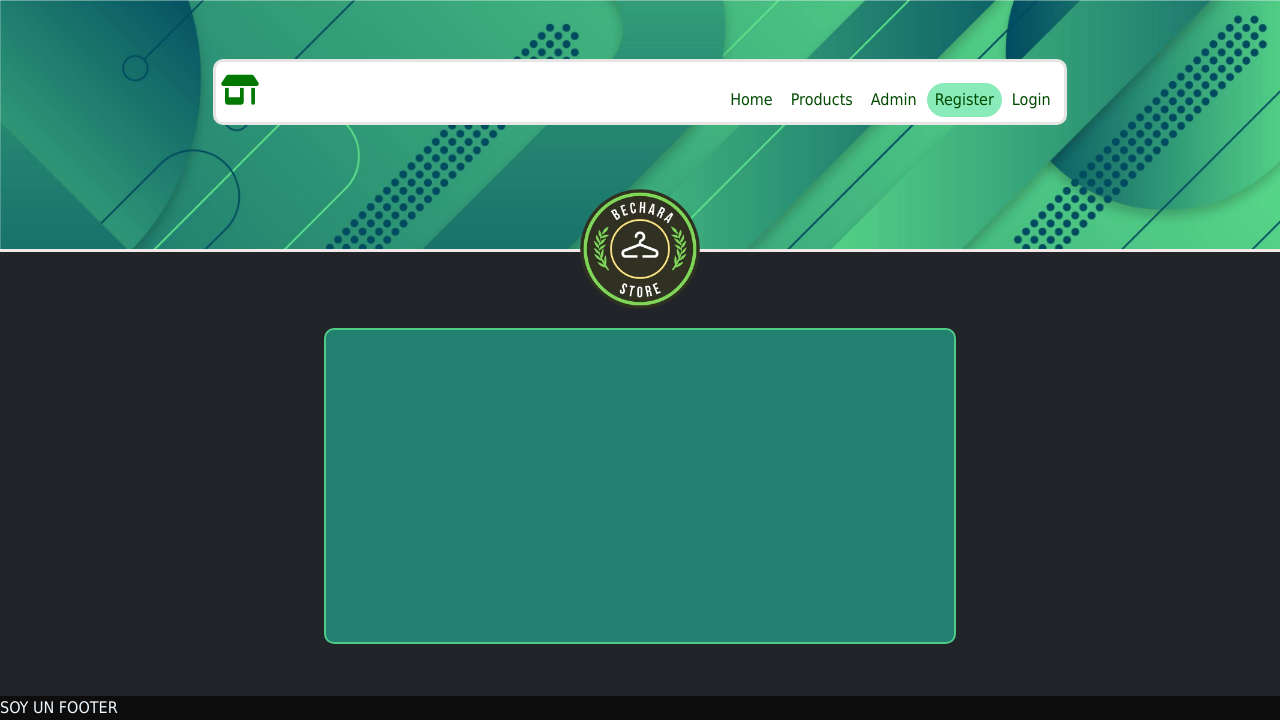
Repository: bechara611/becharastore
Page: /Register
The author's editor kept a copy of each file at every save. The page is drawn from the files as they stood at one save, then again after the next save.
The browser window is 1280 px wide. The pictures show the whole page.
The project was rebuilt for these pictures with package versions that can differ from the ones it lists, and the page was loaded fresh each time. Also part of the build but not shown: src/Auth/components/Login.jsx.

Above is the page before, as saved 2023-01-27 15:52:31.

### public/index.html
<!DOCTYPE html>
<html lang="en">
  <head>
    <meta charset="utf-8" />
    <link rel="icon" href="%PUBLIC_URL%/favicon.ico" />
    <meta name="viewport" content="width=device-width, initial-scale=1" />
    <meta name="theme-color" content="#000000" />
    <meta
      name="description"
      content="Web site created using create-react-app"
    />
    <link rel="apple-touch-icon" href="%PUBLIC_URL%/logo192.png" />
    <link rel="preconnect" href="https://fonts.googleapis.com">
    <link rel="stylesheet" href="https://cdnjs.cloudflare.com/ajax/libs/font-awesome/6.2.1/css/all.min.css" integrity="sha512-MV7K8+y+gLIBoVD59lQIYicR65iaqukzvf/nwasF0nqhPay5w/9lJmVM2hMDcnK1OnMGCdVK+iQrJ7lzPJQd1w==" crossorigin="anonymous" referrerpolicy="no-referrer" />
<link rel="preconnect" href="https://fonts.gstatic.com" crossorigin>
<link rel="preconnect" href="https://fonts.googleapis.com">
<link rel="preconnect" href="https://fonts.gstatic.com" crossorigin>
<link href="https://fonts.googleapis.com/css2?family=Montserrat:ital,wght@0,100;0,200;0,300;0,400;0,500;0,600;0,700;0,800;0,900;1,100;1,200;1,300;1,500;1,700;1,800;1,900&family=Shadows+Into+Light&display=swap" rel="stylesheet">
    <!--
      manifest.json provides metadata used when your web app is installed on a
      user's mobile device or desktop. See https://developers.google.com/web/fundamentals/web-app-manifest/
    -->
    <link rel="manifest" href="%PUBLIC_URL%/manifest.json" />
    <!--
      Notice the use of %PUBLIC_URL% in the tags above.
      It will be replaced with the URL of the `public` folder during the build.
      Only files inside the `public` folder can be referenced from the HTML.

      Unlike "/favicon.ico" or "favicon.ico", "%PUBLIC_URL%/favicon.ico" will
      work correctly both with client-side routing and a non-root public URL.
      Learn how to configure a non-root public URL by running `npm run build`.
    -->

<link href="https://cdn.jsdelivr.net/npm/bootstrap@5.2.3/dist/css/bootstrap.min.css" rel="stylesheet" >


  </head>
  <body>
    <noscript>You need to enable JavaScript to run this app.</noscript>
    <div id="root"></div>
    <!--
      This HTML file is a template.
      If you open it directly in the browser, you will see an empty page.

      You can add webfonts, meta tags, or analytics to this file.
      The build step will place the bundled scripts into the <body> tag.

      To begin the development, run `npm start` or `yarn start`.
      To create a production bundle, use `npm run build` or `yarn build`.
    -->
    <script src="https://cdn.jsdelivr.net/npm/bootstrap@5.2.3/dist/js/bootstrap.bundle.min.js" integrity="sha384-kenU1KFdBIe4zVF0s0G1M5b4hcpxyD9F7jL+jjXkk+Q2h455rYXK/7HAuoJl+0I4" crossorigin="anonymous"></script>
  </body>

</html>

### src/index.js
import React from 'react';
import ReactDOM from 'react-dom/client';
import './index.css';
import {App} from './App';
import { BrowserRouter } from 'react-router-dom';
import 'animate.css';

const root = ReactDOM.createRoot(document.getElementById('root'));
root.render(
    <BrowserRouter>
    <App />
    </BrowserRouter>
);

### src/index.css

:root {
    --verde1: rgb(2, 74, 2);
    --verde2:rgb(1, 120, 1);
    --verde3:rgb(23, 215, 119,.5);
    --verde4:rgba(78,202,132,255);
    --verde5:rgba(34,128,112,255);
  }


*{
    color: aliceblue;
    /* font-family: 'Montserrat', sans-serif; */
    font-family: 'Droid Sans', Tahoma, Geneva, Verdana, sans-serif;

}

.fondito{
    background: red;
}
.fondito2{
    background: purple;
}

### src/App.jsx
import React from 'react'
import { Caparazon } from './UI/Components/Caparazon'
import { ContenedorPrincipal } from './UI/Components/ContenedorPrincipal'
import { Header } from './UI/Components/Header'
import { Footer } from './UI/Components/Footer'
import { MainCuerpo } from './UI/Components/MainCuerpo'
export const App = () => {
  return (
    <>
      {/*Primero el caparazon de la pagina, que es un div que tiene un 100vh de altura, el cual en el obtiene a sus children:
    esto children son el Header ocupando el 30vh y el Contenedor Principal ocupando el 70vh restante.
  */}
      <Caparazon>
        <Header></Header>
        <ContenedorPrincipal> {/*El contenedor principal a su vez lleva sus hijos dos elementos, el footer que le pusimos absolute para ubicarlo de ultimo y el MainCuerpo que tienes las rutas */}
          <MainCuerpo></MainCuerpo>{/*Este MainCuerpo tiene las rutas de la aplicacion, es el main de la pagina y lo que va a cambiar dependiendo donde estemos */}


          <Footer></Footer>  {/*Este es el footer que utilizamos para el pie de pagina, tiene posicion absolute como dije anteriormnete */}
        </ContenedorPrincipal>


      </Caparazon>
    </>

  )
}

### src/UI/Components/Caparazon.jsx
import React from 'react'
import './Caparazon.css'
export const Caparazon = ({ children }) => {
    return (
        <>
{/*Caparazon princiapal donde el mismo tiene un flex en colum, adentro tiene sus hijos que son un div que
ocupe el 70vh donde eesta todo lo demas y el 30vh primero es del header */}
            <div className='caparazonPrincipal bg-dark'>

                {children}

            </div>
        </>
    )
}

### src/UI/Components/ContenedorPrincipal.jsx
import React from 'react'
import './ContenedorPrincipal.css'
export const ContenedorPrincipal = ({ children }) => {
  return (
    <div className='ContenedorPrincipal'>
    {/*Aca de hijos tendran las rutas para verse en el medio y el footer, este tiene un position relative para que su hijo footer pueda
  ubicarse en la parte de abajo */}
      {children}
    </div>
  )
}

### src/UI/Components/Header.jsx
import React from 'react'
import './Header.css'
import { MenuNavbar } from './MenuNavbar'
import brand from './../../img/brand2.png'


export const Header = () => {
  return (
    <>
      {/*El header ocupa el 30vh de la pagina, el primer div lo tiene, aca se incorpora el nav y el logo. */}
      <div className="header">
        <div className="col-12">


          <MenuNavbar></MenuNavbar>
          <div className="row">
            <div className="col-12 filaLogoHeader">
              <img src={brand} className='brand animate__animated animate__flip' id='brand' alt="brand" />

            </div>
          </div>

        </div>

      </div>



    </>
  )
}

### src/UI/Components/Footer.jsx
import React from 'react'
import './Footer.css'
export const Footer = () => {
  return (
    <>
    {/*Aca este footer le estamos colocando una posicion absolute y a su padre relativa para poder ubicarlo al final de su div padre */}
    <div className="footer col-12">SOY UN FOOTER</div>
    </>

  )
}

### src/UI/Components/MainCuerpo.jsx
import React from 'react'
import { RouterApp } from '../../router/Routes'
import './MainCuerpo.css'

export const MainCuerpo = () => {

  return (
    <>
    {/*Aca se guardan las rutas como tal de la aplicacion y es llamado adentro de contenedorPrincipal */}
    <RouterApp></RouterApp>
    </>
    )
}

### src/UI/Components/Caparazon.css
/*Estilos del caparazon como tal principal*/
    /*Aca colocamos que el caparazonPrincipal ocupa toda la pantalla, y una direccion en column para que el header sea de 30vh y el resto el otro div  */
.caparazonPrincipal{
    display: flex;
    flex-direction: column;
    justify-content: space-between;
    min-height: 100vh;

}

### src/UI/Components/ContenedorPrincipal.css
/*Aca al contenedor ponemos positionRelative para que el footer pueda tener una posicion absoluta y se pueda posicionar al final*/
.ContenedorPrincipal{
    min-height: 65vh;

    position: relative;
}

### src/UI/Components/Header.css
.header {
    display: flex;
    background: rgb(157, 240, 194) url("./../../img/Header2.jpg");
    background-color: rgb(18, 18, 18);
    background-repeat: no-repeat;
    background-attachment: fixed;
    background-size: cover;
    background-position: top center;
    min-height: 30%;
    height: 35vh;
    max-height: 35vh;
    width: 100%;
    min-width: 100%;
    position: relative;
    border-bottom: 3px solid rgb(244, 233, 233);
}

/*Aca estoy posicion en el medio el logo como tal del header y luego abajo le pongo una posicion absolute para moverlo*/
.filaLogoHeader {
    display: flex;
    flex-direction: row;
    justify-content: center;

}

.brand {
    width: 150px;
    height: 150px;
    max-height: 150px;
    max-width: 150px;
    min-height: 150px;
    position: absolute;
    bottom: -30%;
  z-index: 1000;

}

/*?RESPONSIVE*/


@media(max-width:500px){

    .brand {
        width: 120px;
        height:120px;
        max-height: 120px;
        max-width: 120px;
        min-height: 120px;
        position: absolute;
        bottom: 0%;

    }
}

### src/UI/Components/MenuNavbar.jsx
import React from 'react'
import { NavLink } from 'react-router-dom';
import { Animacionlogo } from '../helper/AnimacionAlLogo';
import './MenuNavbar.css'

export const MenuNavbar = () => {
    return (
        <>
            {/**Aca va el navBar de la aplicacion que tendra el menu */}
            <div className="col-12 contenedor-nav">
                <nav className="navbar navbar-expand-md  menunav col-8 ">


                  <NavLink to={'/'}> <i className="fa-solid fa-shop marca"></i></NavLink>


                    <button
                        className="navbar-toggler"
                        type="button"
                        data-bs-toggle="collapse"
                        data-bs-target="#navbarNavAltMarkup"
                        aria-controls="navbarNavAltMarkup"
                        aria-expanded="false"
                        aria-label="Show / Hide Menu"
                    >
                        <span className="navbar-toggler-icon"></span>
                    </button>
                    <div className="collapse navbar-collapse mt-3" id="navbarNavAltMarkup">
                        <div className="navbar-nav col-12  contenedor-interno-nav">
                            <NavLink className={ ({isActive}) => `nav-item nav-link  ${ isActive ? 'activeLink':'' }` } to={'/'} onClick={()=>Animacionlogo()}>
                            Home</NavLink>

                            <NavLink className={ ({isActive}) => `nav-item nav-link  ${ isActive ? 'activeLink':'' }` } to={'/Products'} onClick={()=>Animacionlogo()}>Products</NavLink>
                            <NavLink className={ ({isActive}) => `nav-item nav-link  ${ isActive ? 'activeLink':'' }` } to={'/admin'} onClick={()=>Animacionlogo()}>Admin</NavLink>
                            <NavLink className={ ({isActive}) => `nav-item nav-link  ${ isActive ? 'activeLink':'' }` } to={'/Register'} onClick={()=>Animacionlogo()}>Register</NavLink>
                            <NavLink className={ ({isActive}) => `nav-item nav-link   ${ isActive ? 'activeLink':'' }` } to={'/auth'} onClick={()=>Animacionlogo()}>Login</NavLink>
                            </div>
                    </div>
                </nav>
            </div>
        </>
    )
}

### src/UI/Components/Footer.css
.footer{
    background: rgb(13, 13, 14);
    position: absolute;
    bottom: 0%;

}

### src/router/Routes.jsx
import React from 'react'
import { Navigate, Route, Routes } from 'react-router-dom'
import { Login } from '../Auth/components/Login'
import { Register } from '../Auth/components/Register'

/*Este componente es nuestro router, que segun la URL donde estemos mostrada:
1) Una pagina Home
2) Pagina de registro
3) Pagina de login
4) Pagina de Productos
*/

export const RouterApp = () => {
  return (
    <Routes>
    <Route path='/' element={<h1>Home</h1>}></Route>
    <Route path='/auth' element={<Login></Login>}></Route>
    <Route path='/Register' element={<Register></Register>}></Route>
    <Route path='/Products' element={<h1>Productos</h1>}></Route>
    <Route path='/admin' element={<h1>Admin</h1>}></Route>
    <Route path='/*' element={<Navigate to={'/'}></Navigate>}></Route>
    </Routes>
  )
}

### src/UI/helper/AnimacionAlLogo.js
export const Animacionlogo=()=>{
    const elemento= document.getElementById('brand');
    elemento.classList.remove('animate__flip')

    setTimeout(() => {
     elemento.classList.add('animate__flip')
    }, 200);
    return true;
}

### src/UI/Components/MenuNavbar.css
.contenedor-nav {
    position: fixed;
    display: flex;
    flex-direction: row;
    justify-content: center;
    align-self: center;
    align-items: center;
    position: absolute;
    bottom: 50%;
    z-index: 2;

}
.marca{
 font-size: 30px;
 color: black;
 color: var(--verde2);
 padding-right: 10px;

}

.menunav {
    background: rgba(255, 255, 255, 1);
    border-radius: 10px;
    padding: 5px;
    border: 3px solid rgba(205, 204, 200, 0.5);
    flex-wrap: wrap;
    display: flex;

}

/*Esta parte es el contenedor que tiene el navbar de los navLink es decir, menu como tal.
Estoy diciendo que normalmente estaran a la derecha.
*/
.contenedor-interno-nav {
    display: flex;
    flex-direction: row;
    justify-content: flex-end;
    flex-wrap: wrap;

}
/*Diseno a los links como tal*/
.nav-link{
    margin-left: 2px;
    color: var(--verde1);
    font-weight: 400;
    background: rgb(44, 232, 138,0);
    border-radius: 30px;
    padding: 5px;

}
.nav-link:hover{
   color: var(--verde2)

}
.activeLink{  background: var(--verde3);
    border-radius: 30px;}

/**-----------------------------------------------------------------------------*/

/*?RESPONSIVE*/

/*Para este apartado cuando llegue a cierto tamaño como tal el nav se pondra mas abajo para que al darle al boton se abra y se pueda apreciar y no quede muy arriba*/
@media(max-width:500px) {
    .contenedor-nav {
       position: sticky;

    }
    /*Aca haces que el navBar tenga todo el tamaño al llegar a dispositivos pequeños*/
    .menunav {
        width: 100%;

    }
}

/*SERIE DE RESPONSIVES A LOS PADDING DE LAS OPCIONES DEL MENU*/

@media(max-width:375px){
    .nav-link{
        margin-left: 5px;
    }
}

@media(max-width:262px){
    .nav-link{
        margin-left: 10px;
    }
    .menunav{
        justify-content: center;
        text-align: center;
        align-items: center;
        align-self: center;
    }
}

/*Necesidad de que el nav el menu se pongan o separados o uno debajo del otro cuando se active el boton del collapse*/
@media(max-width:992px) {
    .contenedor-interno-nav {
        justify-content: space-around;
    }
}

### src/Auth/components/Register.jsx
import React from 'react'

export const Register = () => {
  return (
    <div className="contenedor-login col-12">
    <div className="col-12 col-sm-10 col-md-8 col-lg-6 contenedor-form animate__animated animate__backInDown">


    </div>

    </div>
  )
}

### src/Auth/components/Login.css
/*Aca estamos poniendo el tamano del contenedor en 65vh para que sea igual que el espacio que le dimo a
contenedorPrincipal y asi poder centrar el div que tiene el login o registro*/
.contenedor-login {
    height: 65vh;
    display: flex;
    flex-direction: row;
    justify-content: center;
    align-items: center;
    padding: 8px;

}

.contenedor-form {
    background: var(--verde5);
    border-radius: 10px;
    border: 2px solid var(--verde4);
    height: 70%;
}

Loaded but not shown: src/UI/Components/MainCuerpo.css (no stored copy; drawn as an empty file)

After the next save:
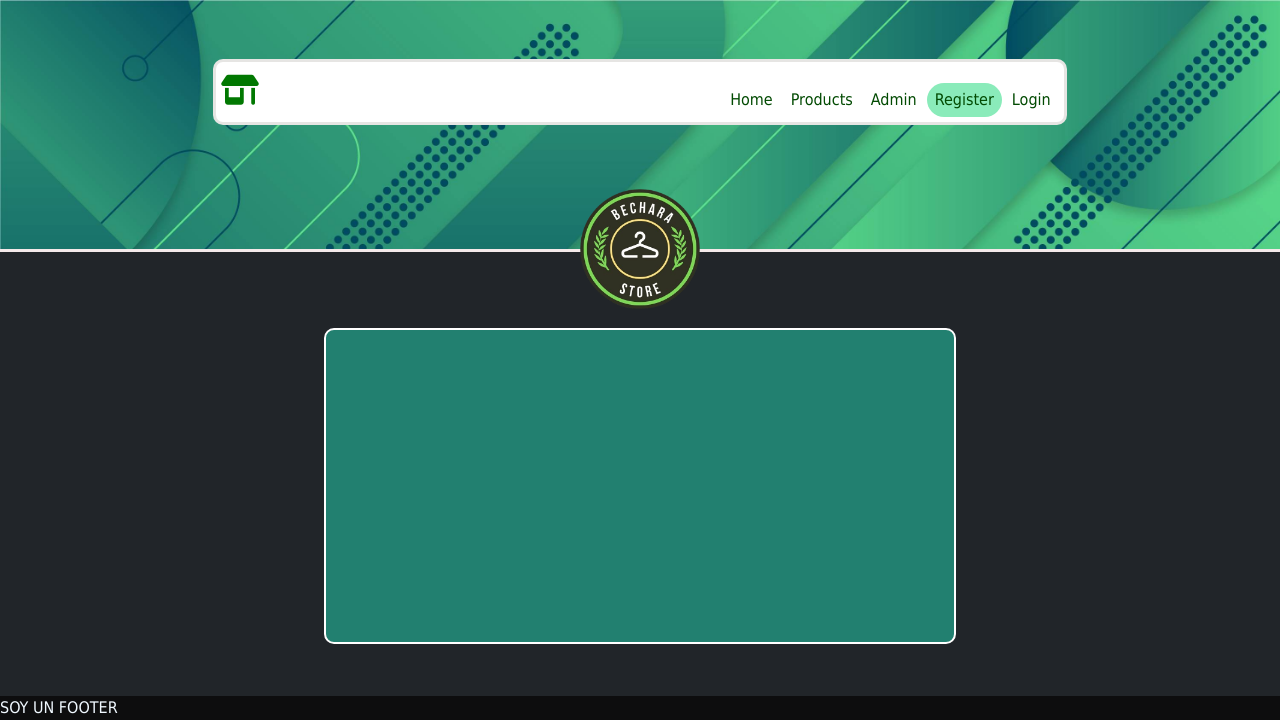
Saved 22 s later.
--- a/src/Auth/components/Login.css
+++ b/src/Auth/components/Login.css
@@ -13,6 +13,6 @@
 .contenedor-form {
     background: var(--verde5);
     border-radius: 10px;
-    border: 2px solid var(--verde4);
+    border: 2px solid white;
     height: 70%;
 }
